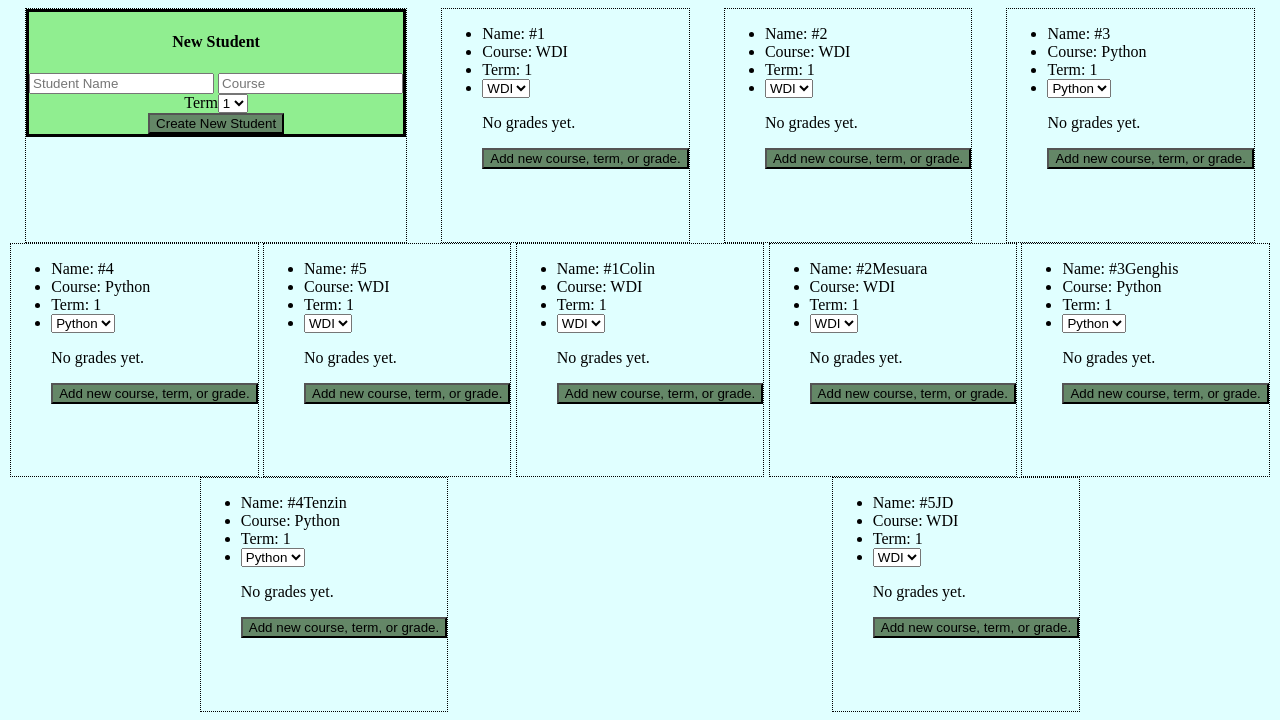
Repository: EdmontDantes/graderaide-ui
Page: index.html
An editor plug-in stored every save of this project. The page is shown before and after a run of saves, followed by the edit.
The browser window is 1280 px wide. The pictures show the whole page.

Above is the page before, as saved 2020-04-21 14:50:23.

### index.html
<html lang="en">
  <head>
    <title>Graderaide</title>
    <meta charset="UTF-8">
    <meta name="viewport" content="width=device-width, initial-scale=1">
    <link rel="stylesheet" type="text/css" href="style.css">
  </head>

  <body>
    <section class="app">
      <section class="student-display">

      <section class="new-student-input">
        <h1 id="text-h1-creation-section">New Student</h1>

        <div id="new-student-input-boxes">
          <!-- <label for="new-student-name">Student Name</label> -->
          <input id="new-student-name-input-box"type="text" class="new-student-name" name="new-student-name" placeholder="Student Name">
          <!-- <label for="new-student-course">Course</label> -->
          <input id="new-student-course-input-box" type="text" class="new-student-course" name="new-student-course" placeholder="Course">
        </div>

        <div id="new-student-input-options"
          <label for="new-student-term">Term</label>
          <select class="new-student-term" name="new-student-term">
            <option value="1">1</option>
            <option value="2">2</option>
            <option value="3">3</option>
          </select>
        </div>
        <section class="new-student-submit">
          <button type="submit" class="new-student-button">Create New Student</button>
        </section>
      </section>
    </section>

      <section class="student-display">
        <ul class="student-info">
          <li>Name: #1</li>
          <li>Course: WDI</li>
          <li>Term: 1</li>
          <li>
            <select class="course-selection">
              <option value="wdi">WDI</option>
            </select>
            <p>No grades yet.</p>
          </li><button>Add new course, term, or grade.</button>
        </ul>
      </section>
      <section class="student-display">
        <ul class="student-info">
          <li>Name: #2</li>
          <li>Course: WDI</li>
          <li>Term: 1</li>
          <li>
            <select class="course-selection">
              <option value="wdi">WDI</option>
            </select>
            <p>No grades yet.</p>
          </li><button>Add new course, term, or grade.</button>
        </ul>
      </section>

      <section class="student-display">
        <ul class="student-info">
          <li>Name: #3</li>
          <li>Course: Python</li>
          <li>Term: 1</li>
          <li>
            <select class="course-selection">
              <option value="python">Python</option>
            </select>
            <p>No grades yet.</p>
          </li><button>Add new course, term, or grade.</button>
        </ul>
      </section>

      <section class="student-display">
        <ul class="student-info">
          <li>Name: #4</li>
          <li>Course: Python</li>
          <li>Term: 1</li>
          <li>
            <select class="course-selection">
              <option value="python">Python</option>
            </select>
            <p>No grades yet.</p>
          </li><button>Add new course, term, or grade.</button>
        </ul>
      </section>

      <section class="student-display">
        <ul class="student-info">
          <li>Name: #5</li>
          <li>Course: WDI</li>
          <li>Term: 1</li>
          <li>
            <select class="course-selection">
              <option value="wdi">WDI</option>
            </select>
            <p>No grades yet.</p>
          </li><button>Add new course, term, or grade.</button>
        </ul>
      </section>

      <section class="student-display">
        <ul class="student-info">
          <li>Name: #1Colin</li>
          <li>Course: WDI</li>
          <li>Term: 1</li>
          <li>
            <select class="course-selection">
              <option value="wdi">WDI</option>
            </select>
            <p>No grades yet.</p>
          </li><button>Add new course, term, or grade.</button>
        </ul>
      </section>
      <section class="student-display">
        <ul class="student-info">
          <li>Name: #2Mesuara</li>
          <li>Course: WDI</li>
          <li>Term: 1</li>
          <li>
            <select class="course-selection">
              <option value="wdi">WDI</option>
            </select>
            <p>No grades yet.</p>
          </li><button>Add new course, term, or grade.</button>
        </ul>
      </section>

      <section class="student-display">
        <ul class="student-info">
          <li>Name: #3Genghis</li>
          <li>Course: Python</li>
          <li>Term: 1</li>
          <li>
            <select class="course-selection">
              <option value="python">Python</option>
            </select>
            <p>No grades yet.</p>
          </li><button>Add new course, term, or grade.</button>
        </ul>
      </section>

      <section class="student-display">
        <ul class="student-info">
          <li>Name: #4Tenzin</li>
          <li>Course: Python</li>
          <li>Term: 1</li>
          <li>
            <select class="course-selection">
              <option value="python">Python</option>
            </select>
            <p>No grades yet.</p>
          </li><button>Add new course, term, or grade.</button>
        </ul>
      </section>

      <section class="student-display">
        <ul class="student-info">
          <li>Name: #5JD</li>
          <li>Course: WDI</li>
          <li>Term: 1</li>
          <li>
            <select class="course-selection">
              <option value="wdi">WDI</option>
            </select>
            <p>No grades yet.</p>
          </li><button>Add new course, term, or grade.</button>
        </ul>
      </section>
      </section>
    </section>
  </body>
</html>

### style.css
@media (min-width: 601px) and (max-width: 1100px);
body {
    background-color: lightcyan;
    display: flex;
    flex-wrap: wrap;
    justify-content: center;
}

.app {
    display: flex;
    flex-direction: row;
    flex-wrap: wrap;
    justify-content: space-around;
}

#text-h1-creation-section {
    display: flex;
    flex-wrap: wrap;
    justify-content: center;
}

#new-student-input-options {
    display: flex;
    flex-wrap: wrap;
    justify-content: center;
}

.new-student-submit {
    display: flex;
    flex-wrap: wrap;
    justify-content: center;
}

.new-student-input {
    display: grid;

    background-color: lightgreen;
    border: 3px solid black;

}
button {
    background-color: #648767 ;
}

.student-display {
    border: 1px dotted
}

After the next 2 saves:
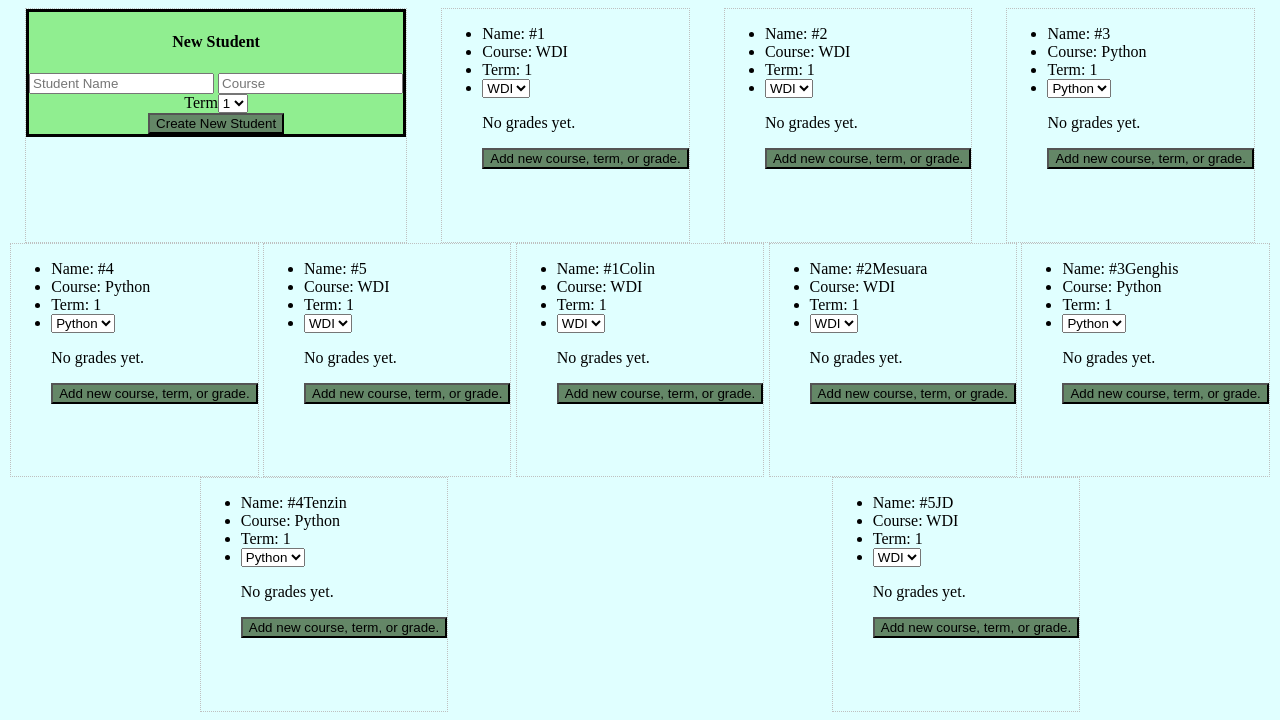
The 2 saves are shown as one change because they came seconds apart.
The last was saved 24 s later.
--- a/style.css
+++ b/style.css
@@ -43,5 +43,5 @@ button {
 }
 
 .student-display {
-    border: 1px dotted
+    border: 1px dotted #BFC0C0;
 }
